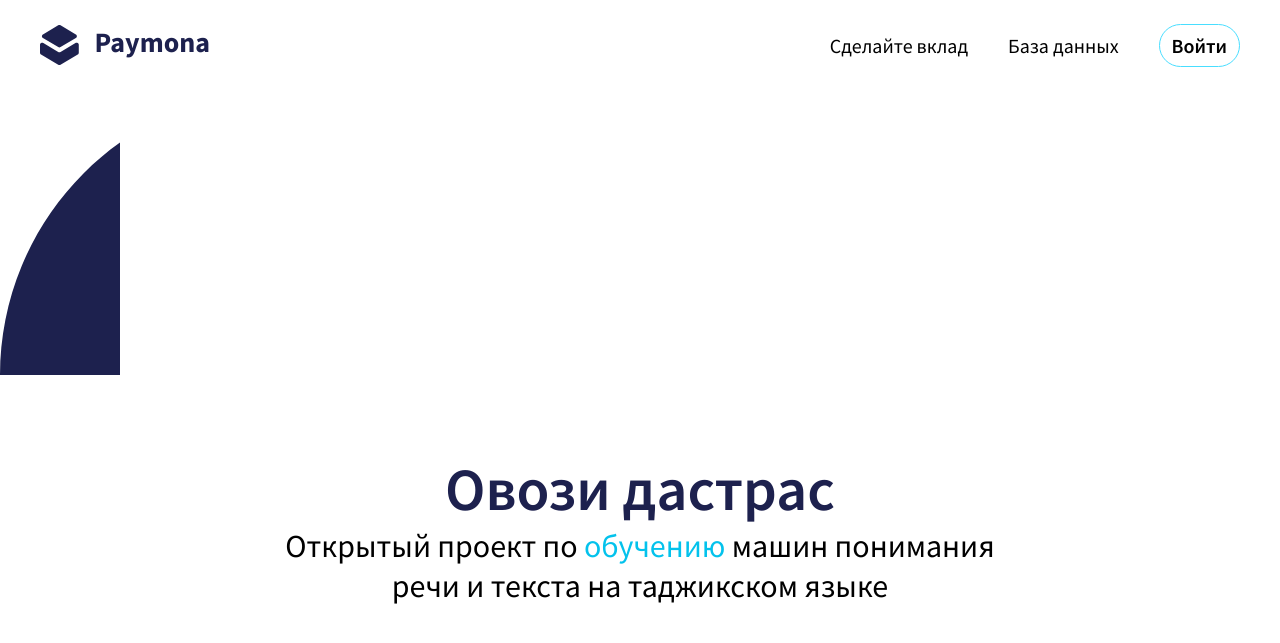
Repository: Amin444/Paymona-Sadp
Page: index.html
The author's editor kept a copy of each file at every save. The page is drawn from the files as they stood at one save, then again after a run of saves.
The browser window is 1280 px wide. The pictures show the whole page.

Above is the page before, as saved 2021-11-11 14:29:19.

After the next 3 saves:
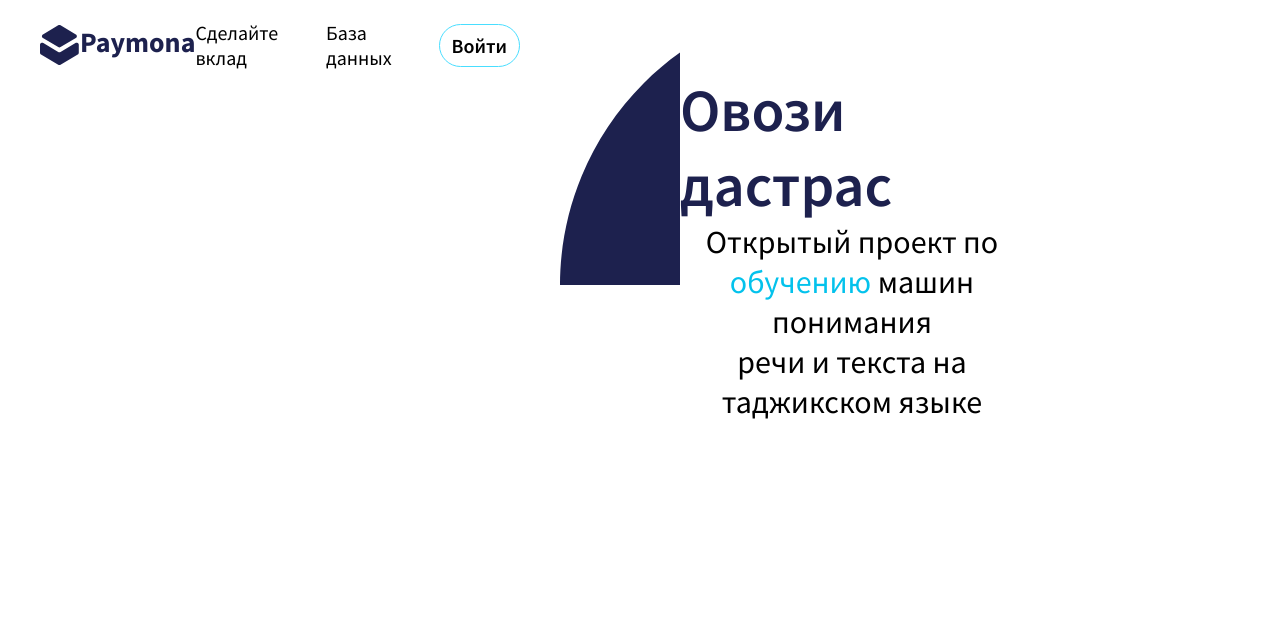
The 3 saves are shown as one change because they came seconds apart.
The last was saved 10 s later.
--- a/style.css
+++ b/style.css
@@ -15,7 +15,9 @@
 }
 
 .container{
-  width: ;
+  width: 80vw;
+  display: flex;
+
 }
 
 .header{
